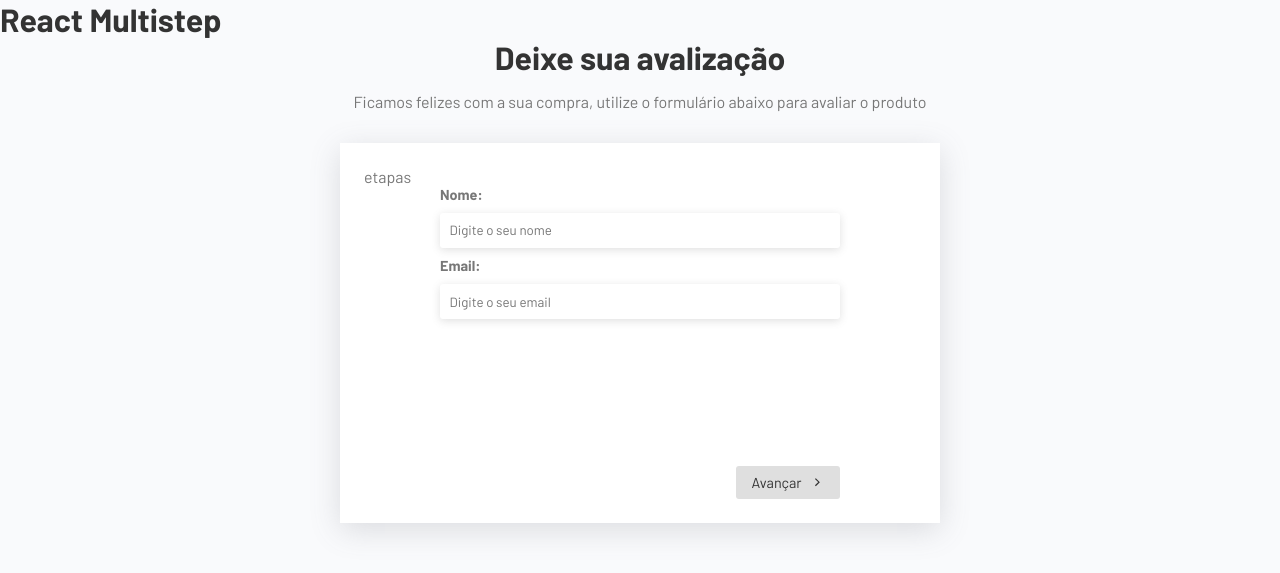
Repository: Bitroia/multistep_form_react
Page: / (app in multistep_form_react/)
The author's editor kept a copy of each file at every save. The page is drawn from the files as they stood at one save, then again after the next save.
The browser window is 1280 px wide. The pictures show the whole page.
The pointer rests on the first visible `.actions button`.
The project was rebuilt for these pictures with package versions that can differ from the ones it lists, and the page was loaded fresh each time. Also part of the build but not shown: multistep_form_react/vite.config.js, multistep_form_react/src/components/ReviewForm.jsx, multistep_form_react/src/components/Thanks.jsx.

Above is the page before, as saved 2026-06-12 14:14:11.

### multistep_form_react/index.html
<!doctype html>
<html lang="pt-br">
  <head>
    <meta charset="UTF-8" />
    <link rel="icon" type="image/svg+xml" href="/favicon.svg" />
    <link rel="preconnect" href="https://fonts.googleapis.com" />
    <link rel="preconnect" href="https://fonts.gstatic.com" crossorigin />
    <link
      href="https://fonts.googleapis.com/css2?family=Barlow:ital,wght@0,100;0,200;0,300;0,400;0,500;0,600;0,700;0,800;0,900;1,100;1,200;1,300;1,400;1,500;1,600;1,700;1,800;1,900&family=Lato:ital,wght@0,100;0,300;0,400;0,700;0,900;1,100;1,300;1,400;1,700;1,900&family=Montserrat:ital,wght@0,100..900;1,100..900&family=Roboto:ital,wght@0,100..900;1,100..900&display=swap"
      rel="stylesheet"
    />
    <meta name="viewport" content="width=device-width, initial-scale=1.0" />
    <title>Multistep Form com React</title>
  </head>
  <body>
    <div id="root"></div>
    <script type="module" src="/src/main.jsx"></script>
  </body>
</html>

### multistep_form_react/src/index.css
* {
  font-family: "Barlow";
  padding: 0;
  margin: 0;
  box-sizing: border-box;
  color: #333;
}

p {
  color: #777;
}

body {
  background-color: #f9fafc;
}

### multistep_form_react/src/App.jsx
//! Components
import { GrFormNext, GrFormPrevious } from "react-icons/gr";
import { FiSend } from "react-icons/fi";
import UserForm from "./components/UserForm";
import ReviewForm from "./components/ReviewForm";
import Thanks from "./components/Thanks";
import { useState } from "react";

//! Hooks

import { useForm } from "./hooks/UseForm";

import "./App.css";

function App() {
  const formComponents = [<UserForm />, <ReviewForm />, <Thanks />];

  const { currentStep, currentComponent, changeStep, isLastStep, isFirstStep } =
    useForm(formComponents);

  return (
    <div className="App">
      <h1>React Multistep</h1>
      <div className="header">
        <h2>Deixe sua avalização</h2>
        <p>
          Ficamos felizes com a sua compra, utilize o formulário abaixo para
          avaliar o produto
        </p>
      </div>
      <div className="form-container">
        <p>etapas</p>
        <form onSubmit={(e) => changeStep(currentStep + 1, e)}>
          <div className="inputs-container">{currentComponent}</div>
          <div className="actions">
            {!isFirstStep && (
              <button type="button" onClick={() => changeStep(currentStep - 1)}>
                <GrFormPrevious />
                <span>Voltar</span>
              </button>
            )}
            {!isLastStep ? (
              <button type="submit">
                <span>Avançar</span>
                <GrFormNext />
              </button>
            ) : (
              <button type="button">
                <span>Enviar</span>
                <FiSend />
              </button>
            )}
          </div>
        </form>
      </div>
    </div>
  );
}

export default App;

### multistep_form_react/src/components/UserForm.jsx
import React from "react";

const UserForm = () => {
  return (
    <div>
      <div className="form-control">
        <label htmlFor="name">Nome:</label>
        <input
          type="text"
          name="text"
          id="name"
          placeholder="Digite o seu nome"
          required
        />
        <label htmlFor="name">Email:</label>
        <input
          type="email"
          name="email"
          id="email"
          placeholder="Digite o seu email"
          required
        />
      </div>
    </div>
  );
};

export default UserForm;

### multistep_form_react/src/hooks/useForm.jsx
import { useState } from "react";

export function useForm(steps) {
  const [currentStep, setCurrentStep] = useState(0);

  function changeStep(i, e) {
    if (e) e.preventDefault();

    if (i < 0 || i >= steps.length) return;

    setCurrentStep(i);
  }

  return {
    currentStep,
    currentComponent: steps[currentStep],
    changeStep,
    isLastStep: currentStep + 1 === steps.length ? true : false,
    isFirstStep: currentStep === 0 ? true : false,
  };
}

### multistep_form_react/src/App.css
.app {
  padding: 2rem;
}

/* Cabeçalho */

.header {
  text-align: center;
  margin-bottom: 2rem;
}

.header h2 {
  font-size: 2rem;
  margin-bottom: 1rem;
}

/* Forms */

.form-container {
  max-width: 600px;
  margin: 0 auto;
  background-color: #fff;
  padding: 1.5rem;
  box-shadow: rgba(100, 100, 111, 0.2) 0px 7px 29px 0px;
}

.form-container form {
  max-width: 400px;
  margin: 0 auto;
}

.inputs-container {
  min-height: 280px;
}

.form-control {
  display: flex;
  flex-direction: column;
  margin-bottom: 2rem;
  gap: 0.6rem;
}

label {
  font-weight: bold;
  font-size: 0.9rem;
  color: #777;
}

input,
textarea {
  padding: 0.6rem;
  border: none;
  border-radius: 3px;
  box-shadow: rgba(99, 99, 99, 0.2) 0px 2px 8px 0;
}

textarea {
  height: 120px;
}

/* Actions */

.actions {
  display: flex;
  justify-content: flex-end;
  gap: 1rem;
}

.actions button {
  font-size: 0.9rem;
  padding: 0.5rem 1rem;
  gap: 0.5rem;
  display: flex;
  align-items: center;
  border-radius: 3px;
  background-color: #dfdfdf;
  cursor: pointer;
  border: none;
  transition: 0.3s;
}

.actions button:hover{
    background-color: ;
}

Loaded but not shown: multistep_form_react/src/main.jsx (common file)

After the next save:
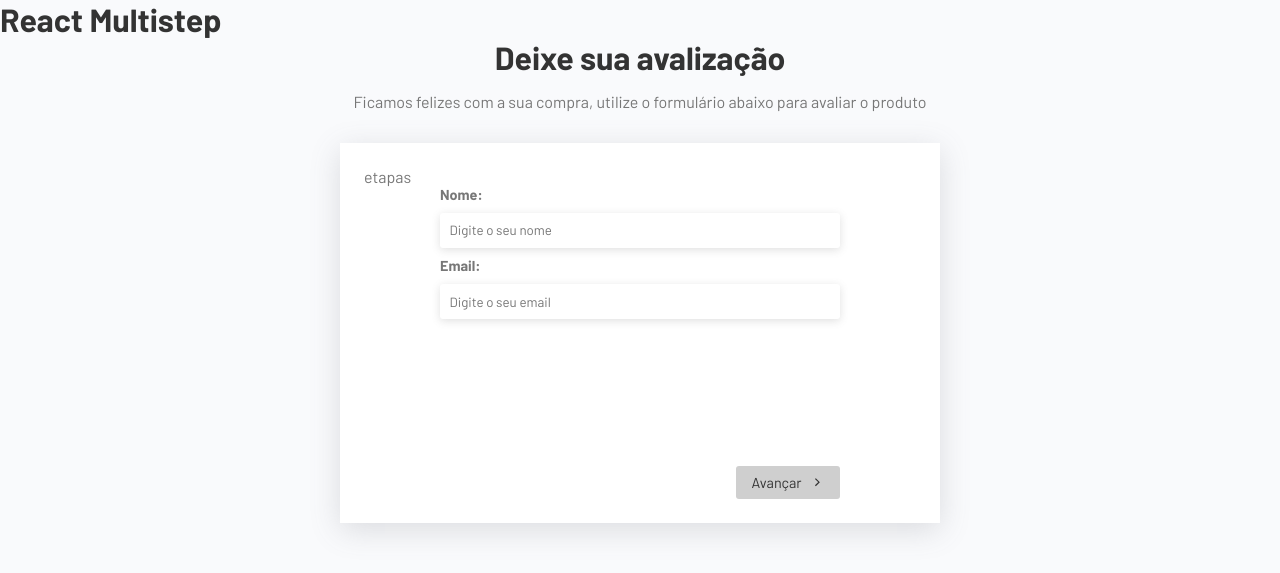
Saved 4 s later.
--- a/multistep_form_react/src/App.css
+++ b/multistep_form_react/src/App.css
@@ -80,5 +80,5 @@ textarea {
 }
 
 .actions button:hover{
-    background-color: ;
+    background-color: #cfcfcf;
 }
